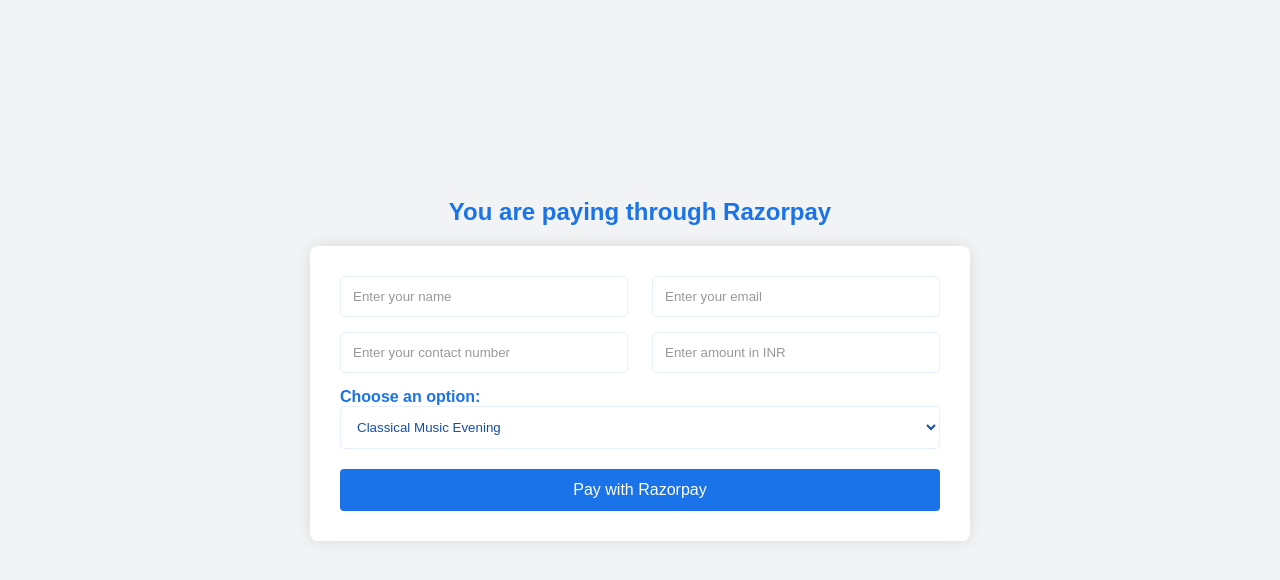
Repository: SharonSebastian32/razorpaypaymentgateway_implementation
Page: bookEventpage.html
These files come from the project's save history. The page is drawn as it stood at one moment and after the next save; the edit follows.
The browser window is 1280 px wide. The pictures show the whole page.

Above is the page before, as saved 2024-08-09 07:13:29.

### bookEventpage.html
<!DOCTYPE html>
<html lang="en">
  <head>
    <meta charset="UTF-8" />
    <meta name="viewport" content="width=device-width, initial-scale=1.0" />
    <title>Razorpay Payment gateway</title>

    <style>
      :root {
        --primary-blue: #1a73e8;
        --light-blue: #e8f0fe;
        --dark-blue: #174ea6;
        --white: #ffffff;
        --light-gray: #f1f3f4;
      }

      body {
        font-family: Arial, sans-serif;
        background-color: var(--light-gray);
        display: flex;
        justify-content: center;
        align-items: center;
        height: 100vh;
        margin: 0;
      }

      h2 {
        text-align: center;
        color: var(--primary-blue);
        margin-bottom: 20px;
      }

      #paymentForm {
        background-color: var(--white);
        padding: 30px;
        border-radius: 8px;
        box-shadow: 0 0 15px rgba(0, 0, 0, 0.1);
        width: 600px;
      }

      .form-row {
        display: flex;
        justify-content: space-between;
        margin-bottom: 15px;
      }

      .form-group {
        flex: 0 0 48%;
      }

      input,
      select {
        width: 100%;
        padding: 12px;
        border: 1px solid var(--light-blue);
        border-radius: 4px;
        box-sizing: border-box;
        background-color: var(--white);
        color: var(--dark-blue);
        transition: border-color 0.3s ease;
      }

      input:focus,
      select:focus {
        outline: none;
        border-color: var(--primary-blue);
      }

      input::placeholder {
        color: #999;
      }

      label {
        display: block;
        margin-top: 15px;
        color: var(--primary-blue);
        font-weight: bold;
      }

      #rzp-button1 {
        width: 100%;
        padding: 12px;
        background-color: var(--primary-blue);
        color: var(--white);
        border: none;
        border-radius: 4px;
        cursor: pointer;
        font-size: 16px;
        margin-top: 20px;
        transition: background-color 0.3s ease;
      }

      #rzp-button1:hover {
        background-color: var(--dark-blue);
      }
    </style>
  </head>
  <body>
    <div>
      <h2>You are paying through Razorpay</h2>

      <form id="paymentForm">
        <div class="form-row">
          <div class="form-group">
            <input
              type="text"
              id="name"
              placeholder="Enter your name"
              required
            />
          </div>
          <div class="form-group">
            <input
              type="email"
              id="email"
              placeholder="Enter your email"
              required
            />
          </div>
        </div>
        <div class="form-row">
          <div class="form-group">
            <input
              type="text"
              id="contact"
              placeholder="Enter your contact number"
              required
            />
          </div>
          <div class="form-group">
            <input
              type="text"
              id="amount"
              placeholder="Enter amount in INR"
              required
            />
          </div>
        </div>
        <label for="choices">Choose an option:</label>
        <select id="choices" name="choices">
          <!-- Options will be dynamically generated here -->
        </select>
        <button id="rzp-button1" type="submit">Pay with Razorpay</button>
      </form>
    </div>

    <!--------------------------paymentGatewayScripts--------------->
    <script src="./Script/paymentGateway.js"></script>

    <!--------------------------razorpayScript ---------------------->
    <script src="https://checkout.razorpay.com/v1/checkout.js"></script>
  </body>
</html>

### Script/paymentGateway.js
document.getElementById("paymentForm").addEventListener("submit", function (e) {
  e.preventDefault();
  var name = document.getElementById("name").value;
  var email = document.getElementById("email").value;
  var contact = document.getElementById("contact").value;
  var amount = document.getElementById("amount").value * 100;
  // Convert amount to paise

  var options = {
    key: "rzp_test_gCzBTQcb92KH3e", // Enter the Key ID generated from the Dashboard
    amount: amount.toString(), // Amount in currency subunits (100 paise = 1 INR)
    currency: "INR",
    name: "Ozwalz Events",
    description: "Thank You for booking event with Ozwalz Events",
    image: "./assets/images/logo.png",

    handler: function (response) {
      // Handle the response from Razorpay after payment
      // You can redirect to another page or save the response to your database
    },
    prefill: {
      name: name,
      email: email,
      contact: contact,
    },
    notes: {
      description: "Thank You for booking event with Ozwalz Events",
    },
    theme: {
      color: "#red",
    },
  };

  var rzp1 = new Razorpay(options);
  rzp1.open();
});

// API FOR FETCHING EVENTNAME

let eventData;

fetch("./JSON/event.json")
  .then((response) => response.json())
  .then((data) => {
    eventData = data;

    // Populate the select element with event names
    const selectElement = document.getElementById("choices");
    data.forEach((event) => {
      const option = document.createElement("option");
      option.value = event.id;
      option.text = event.eventName;
      selectElement.add(option);
    });

    // Add event listener to the select element
    selectElement.addEventListener("change", updatePriceInput);
  })
  .catch((error) => console.error("Error:", error));

function updatePriceInput() {
  const selectedEventId = document.getElementById("choices").value;
  const selectedEvent = eventData.find((event) => event.id === selectedEventId);

  if (selectedEvent) {
    document.getElementById("amount").value = selectedEvent.price.basePrice;
  } else {
    document.getElementById("amount").value = "";
  }
}

Loaded but not shown: JSON/event.json (899 lines, source omitted)

After the next save:
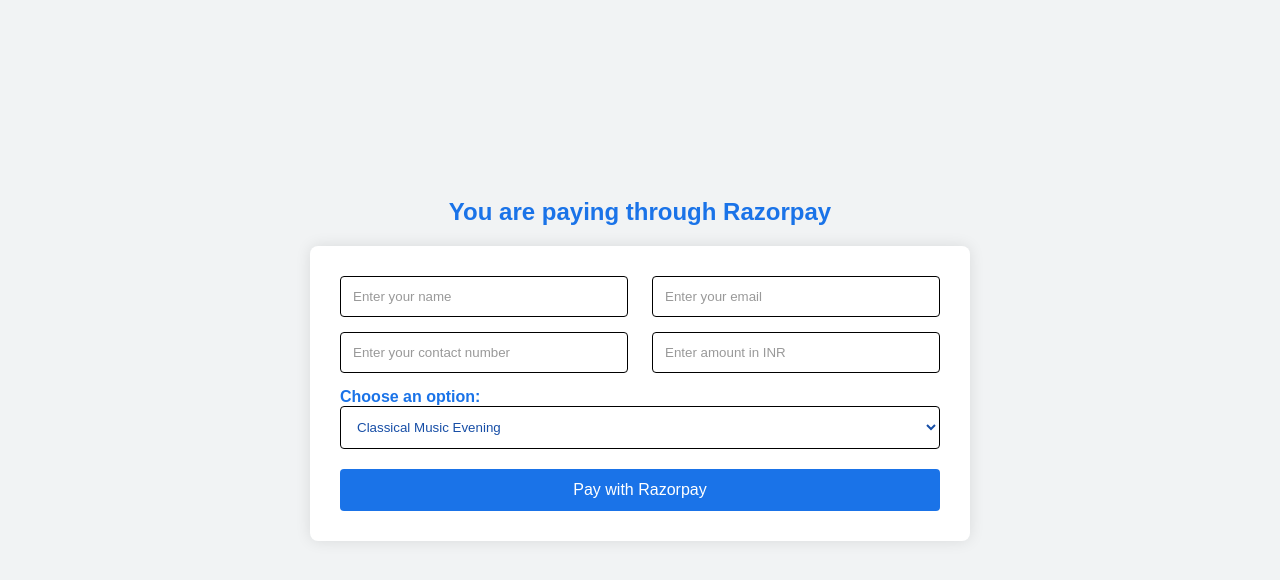
Saved 8 s later.
--- a/bookEventpage.html
+++ b/bookEventpage.html
@@ -8,7 +8,7 @@
     <style>
       :root {
         --primary-blue: #1a73e8;
-        --light-blue: #e8f0fe;
+        --light-blue: #000000;
         --dark-blue: #174ea6;
         --white: #ffffff;
         --light-gray: #f1f3f4;
